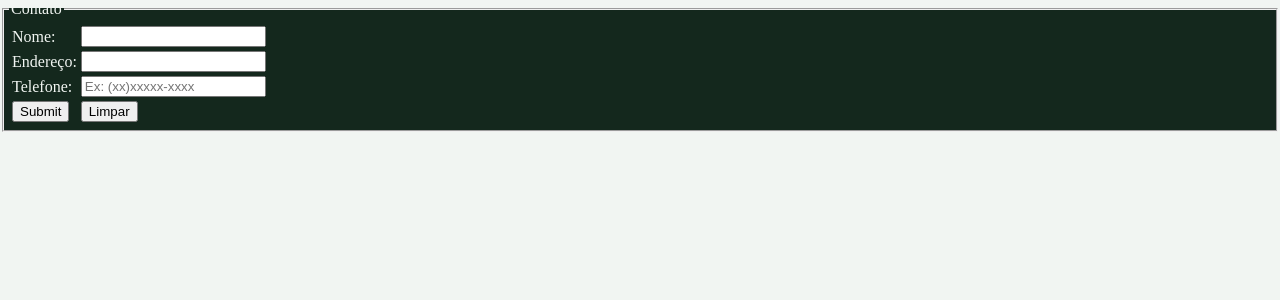
Repository: otavio-vicente/BackEnd-UniSenai
Page: WorkspaceTrilhaWeb/exemploServlet/src/main/webapp/contato.html
An editor plug-in stored every save of this project. The page is shown before and after the next save, followed by the edit.
The browser window is 1280 px wide. The pictures show the whole page.

Above is the page before, as saved 2024-06-13 22:55:43.

### WorkspaceTrilhaWeb/exemploServlet/src/main/webapp/contato.html
<!DOCTYPE html>
<html>
<head>
<meta charset="UTF-8">
<title>Insert title here</title>
<link href="./style.css" rel="stylesheet" type="text/css">
</head>
<body>
	<form>
		<fieldset>
			<legend>Contato</legend>
			<table>
				<tr>
					<td>Nome:</td>
					<td><input type="text"></input></td>
				</tr>
				<tr>
					<td>Endereço:</td>
					<td><input type="text"></input></td>
				</tr>
				<tr>
					<td>Telefone:</td>
					<td><input type="fone" placeholder="Ex: (xx)xxxxx-xxxx"></input></td>
				</tr>
				<tr>
					<td><input type="submit"></input></td>
					<td><input type="reset" value="Limpar"></input></td>
				</tr>
			</table>
		</fieldset>
	</form>
</body>
</html>

### WorkspaceTrilhaWeb/exemploServlet/src/main/webapp/style.css
@charset "UTF-8";

body {
	background-color: #F1F5F2;
	margin: 0;
}

fieldset {
	background-color: #14281D;
	color: #F1F5F2;
	padding: 5px;
}

After the next save:
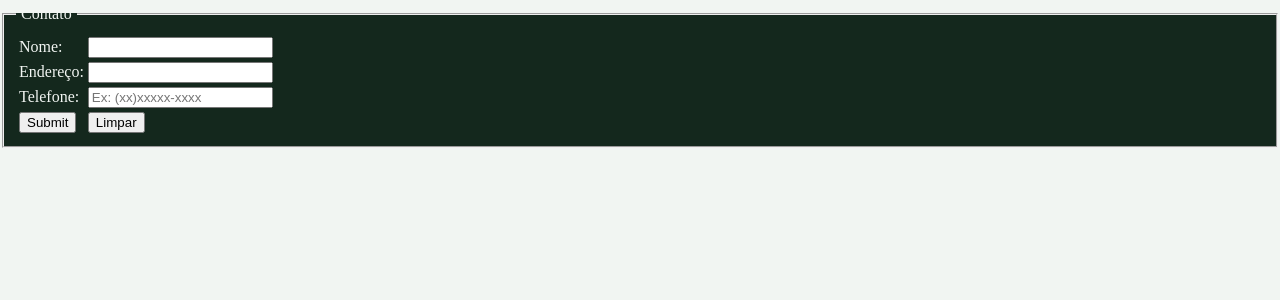
Saved 31 s later.
--- a/WorkspaceTrilhaWeb/exemploServlet/src/main/webapp/style.css
+++ b/WorkspaceTrilhaWeb/exemploServlet/src/main/webapp/style.css
@@ -8,5 +8,7 @@
 fieldset {
 	background-color: #14281D;
 	color: #F1F5F2;
+}
+legend{
 	padding: 5px;
 }
